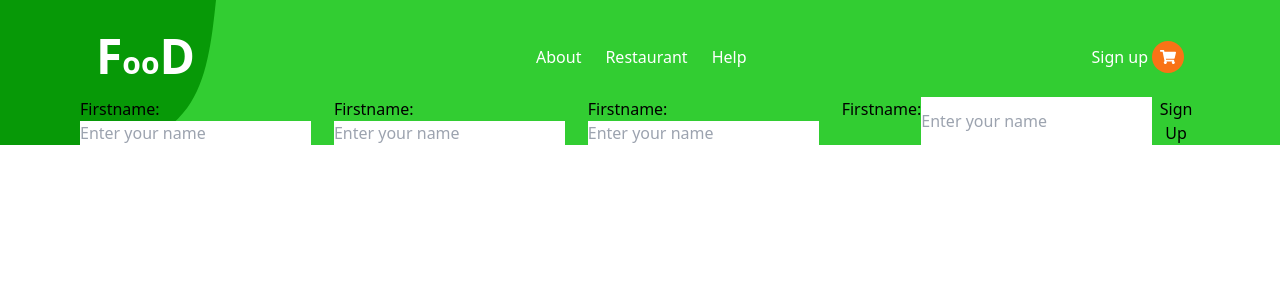
Repository: KhushiCode14/FoodWeb
Page: /signUp (app in frontend/)
These files come from the project's save history. The page is drawn as it stood at one moment and after the next save; the edit follows.
The browser window is 1280 px wide. The pictures show the whole page.
The project was rebuilt for these pictures with package versions that can differ from the ones it lists, and the page was loaded fresh each time. Also part of the build but not shown: frontend/src/Pages/Home.tsx, frontend/src/components/Home/SignIn.tsx, frontend/src/components/Home/Cart.tsx.

Above is the page before, as saved 2024-09-20 19:17:14.

### frontend/src/index.css
@tailwind base;
@tailwind components;
@tailwind utilities;

.bgBack{
  background-image: url(../src/components/images/background.svg);
}

### frontend/src/App.tsx
import { Route, BrowserRouter as Router, Routes, } from 'react-router-dom';
import './App.css';
import Navbar from './Pages/Navbar';
import Home from './Pages/Home';
import SignUp from './components/Home/SignUp';
import SignIn from './components/Home/SignIn';
import Cart from './components/Home/Cart';

function App() {
  return (
    <div className="App bgBack m-0 px-20 pt-2 max-sm:px-3 max-sm:pt-1">
      <Router>
        <Navbar />
        <Routes>
          <Route path="/" element={<Home />} />
          <Route path="/signUp" element={<SignUp />} />
          {/* Sign Up: This action is for new users who want to create an account. */}
          <Route path="/signIn" element={<SignIn />} />
          {/* Sign In: This action is for users who already have an account */}
          <Route path="/cart" element={<Cart />} />
          {/* <Route  path="/about" element={About} />
        <Route  path="/contact" element={Contact} /> */}
        </Routes>
      </Router>

    </div>
  );
}

export default App;

### frontend/src/Pages/Navbar.tsx
import { NavLink, Link } from "react-router-dom";
import { FaShoppingCart, FaCartPlus } from "react-icons/fa";
import { useState } from "react";
import { IoReorderThreeOutline } from "react-icons/io5";

interface Nav {
  to: string;
  linkName: string;
}

const Navbar: React.FC = () => {
  const [sign, setSign] = useState<string>('Sign up');
  const [menu, setMenu] = useState<boolean>(false);
  const [cart, setCart] = useState<JSX.Element>(<FaShoppingCart />);

  const navLinks: Nav[] = [
    { to: "/about", linkName: "About" },
    { to: "/", linkName: "Restaurant" },
    { to: "/help", linkName: "Help" },
  ];

  const handleSignToggle = () => {
    setSign((prev) => (prev === 'Sign up' ? 'Sign in' : 'Sign up'));
  };

  const handleCartToggle = () => {
    setCart((prevCart) =>
      prevCart.type === FaShoppingCart ? <FaCartPlus /> : <FaShoppingCart />
    );
  };

  return (
    <div className="mt-2 flex justify-between items-center text-white  p-4">
      <div className="font-bold text-3xl">
        <Link to="/">
          <span className="text-5xl">F</span>oo<span className="text-5xl">D</span>
        </Link>
      </div>

      {/* Desktop Menu */}
      <div className="hidden md:flex">
        {navLinks.map((link, index) => (
          <Link key={index} to={link.to} className="mx-3 hover:text-gray-400">
            {link.linkName}
          </Link>
        ))}
      </div>

      {/* Mobile Menu Button */}
      <div className="flex items-center relative">
        <button className="hidden md:block">
          <NavLink to="/signUp" onClick={handleSignToggle} className="m-1">
            {sign}
          </NavLink>
        </button>

        <div onClick={handleCartToggle} className="bg-orange-500 p-2 rounded-full cursor-pointer">
         <Link to="/cart"> {cart}</Link>
        </div>

        <div className="md:hidden flex items-center ml-3">
          <IoReorderThreeOutline onClick={() => setMenu(!menu)} className="text-2xl cursor-pointer" />
        </div>
      </div>

      {/* Mobile Dropdown Menu */}
      {menu && (
        <div className="md:hidden mt-2 absolute right-0 w-40 bg-orange-500  p-2 rounded-lg z-10 top-20">
          <ul className="flex flex-col">
            {navLinks.map((link, index) => (
              <li key={index} className="my-1">
                <Link to={link.to} className="block px-4 py-2 text-white text-1xl  hover:bg-orange-800 rounded">
                  {link.linkName}
                </Link>
              </li>
            ))}
          </ul>
        </div>
      )}
    </div>
  );
};

export default Navbar;

### frontend/src/components/Home/SignUp.tsx


const SignUp = () => {
  return (
    <div className="bg-inherit">
 <form className="flex flex-row">
<div>
<label htmlFor="firstname">Firstname:</label>
<input type="text" id="firstname" placeholder="Enter your name" />
</div>
<div>
<label htmlFor="firstname">Firstname:</label>
<input type="text" id="firstname" placeholder="Enter your name" />
</div>
<div>
<label htmlFor="firstname">Firstname:</label>
<input type="text" id="firstname" placeholder="Enter your name" />
</div>
 <label htmlFor="firstname">Firstname:</label>
 <input type="text" id="firstname" placeholder="Enter your name" />

  <button type="submit">Sign Up</button>
 </form>
    </div>
  )
}

export default SignUp

### frontend/tailwind.config.js
/** @type {import('tailwindcss').Config} */
module.exports = {
  content: [
    "./src/**/*.{js,jsx,ts,tsx}",
  ],
  theme: {
    extend: {
      fontFamily: {
        'cursive': ['Pacifico', 'cursive']
      }
    },
  },
  plugins: [],
}

Loaded but not shown: frontend/public/index.html (common file); frontend/src/index.tsx (common file); frontend/src/reportWebVitals.ts (common file); frontend/src/App.css (no stored copy; drawn as an empty file)

After the next save:
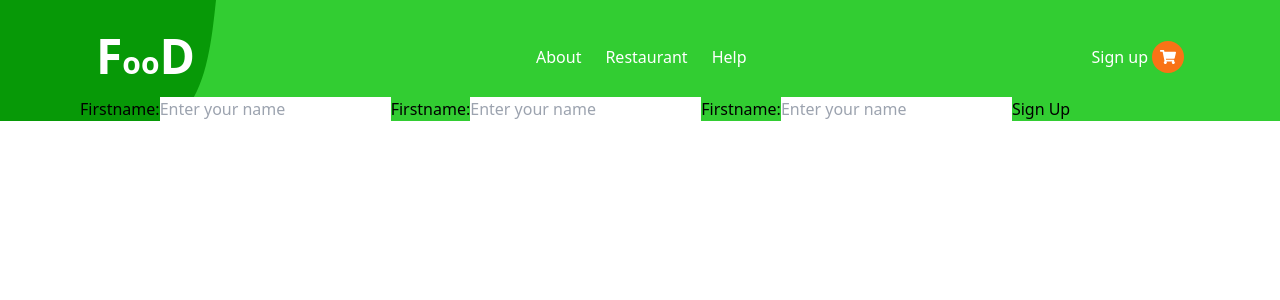
Saved 9 s later.
--- a/frontend/src/components/Home/SignUp.tsx
+++ b/frontend/src/components/Home/SignUp.tsx
@@ -16,8 +16,7 @@ const SignUp = () => {
 <label htmlFor="firstname">Firstname:</label>
 <input type="text" id="firstname" placeholder="Enter your name" />
 </div>
- <label htmlFor="firstname">Firstname:</label>
- <input type="text" id="firstname" placeholder="Enter your name" />
+
 
   <button type="submit">Sign Up</button>
  </form>
